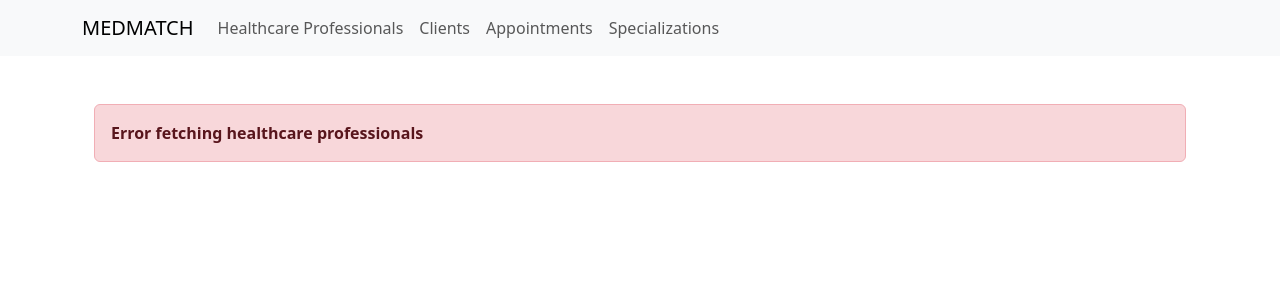
Repository: fahma20/medmatch-platform
Page: /healthcare-professionals (app in client/)
The author's editor kept a copy of each file at every save. The page is drawn from the files as they stood at one save, then again after the next save.
The browser window is 1280 px wide. The pictures show the whole page.
The page's requests for data from a server got no answer. The project was rebuilt for these pictures with package versions that can differ from the ones it lists, and the page was loaded fresh each time. No one was signed in, and anything a server would have sent is missing. Also part of the build but not shown: client/src/components/Specializations.js, client/src/components/Appointments.js, client/src/components/Clients.js, client/src/components/Homepage.js.

Above is the page before, as saved 2025-02-02 14:38:17.

### client/public/index.html
<!DOCTYPE html>
<html lang="en">
  <head>
    <meta charset="utf-8" />
    <link rel="icon" href="%PUBLIC_URL%/favicon.ico" />
    <link rel="preconnect" href="https://fonts.gstatic.com" />
    <link
      href="https://fonts.googleapis.com/css2?family=Permanent+Marker&display=swap"
      rel="stylesheet"
    />
    <meta name="viewport" content="width=device-width, initial-scale=1" />
    <meta name="theme-color" content="#000000" />
    <meta
      name="description"
      content="Web site created using create-react-app"
    />
    <link rel="apple-touch-icon" href="%PUBLIC_URL%/logo192.png" />
    <!--
      manifest.json provides metadata used when your web app is installed on a
      user's mobile device or desktop. See https://developers.google.com/web/fundamentals/web-app-manifest/
    -->
    <link rel="manifest" href="%PUBLIC_URL%/manifest.json" />
    <!--
      Notice the use of %PUBLIC_URL% in the tags above.
      It will be replaced with the URL of the `public` folder during the build.
      Only files inside the `public` folder can be referenced from the HTML.

      Unlike "/favicon.ico" or "favicon.ico", "%PUBLIC_URL%/favicon.ico" will
      work correctly both with client-side routing and a non-root public URL.
      Learn how to configure a non-root public URL by running `npm run build`.
    -->
    <title>MedMatch</title>
  </head>
  <body>
    <noscript>You need to enable JavaScript to run this app.</noscript>
    <div id="root"></div>
    <!--
      This HTML file is a template.
      If you open it directly in the browser, you will see an empty page.

      You can add webfonts, meta tags, or analytics to this file.
      The build step will place the bundled scripts into the <body> tag.

      To begin the development, run `npm start` or `yarn start`.
      To create a production bundle, use `npm run build` or `yarn build`.
    -->
  </body>
</html>

### client/src/index.js
import React from "react";
import ReactDOM from "react-dom/client";
import App from './components/App';  // Correct path to the App component

const root = ReactDOM.createRoot(document.getElementById("root"));
root.render(
  <React.StrictMode>
    <App />
  </React.StrictMode>
);

### client/src/components/App.js
import React from 'react';
import { BrowserRouter as Router, Routes, Route } from 'react-router-dom';
import 'bootstrap/dist/css/bootstrap.min.css';

import HealthcareProfessionals from './Healthcareprofessionals'; // Ensure the correct name and casing
import Specializations from './Specializations';
import Appointments from './Appointments';
import Clients from './Clients';
import Navbar from './Navbar';
import HomePage from './Homepage'; // Corrected import to HomePage

const App = () => {
  return (
    <Router>
      <Navbar /> {/* Your Navbar component */}
      <div className="container mt-5">
        <Routes>
          {/* Add HomePage as the route for the root path */}
          <Route path="/" element={<HomePage />} /> {/* Home Page */}
          <Route path="/clients" element={<Clients />} />
          <Route path="/appointments" element={<Appointments />} />
          <Route path="/specializations" element={<Specializations />} />
          <Route path="/healthcare-professionals" element={<HealthcareProfessionals />} /> {/* Healthcare Professionals Page */}
        </Routes>
      </div>
    </Router>
  );
};

export default App;

### client/src/components/Healthcareprofessionals.js
// HealthcareProfessional.js
// HealthcareProfessional.js


// HealthcareProfessionals.js
// HealthcareProfessionals.js
import React, { useState, useEffect } from 'react';
import Switch from 'react-switch';
import { Button, Form, Card, ListGroup, Collapse, Spinner, Alert } from 'react-bootstrap';

const HealthcareProfessional = () => {
  const [professionals, setProfessionals] = useState([]);
  const [newProfessionalName, setNewProfessionalName] = useState('');
  const [loading, setLoading] = useState(true);
  const [error, setError] = useState(null);
  const [open, setOpen] = useState({});

  useEffect(() => {
    fetchHealthcareProfessionals();
  }, []);

  // Fetch healthcare professionals, including their specializations
  const fetchHealthcareProfessionals = async () => {
    try {
      const response = await fetch('http://127.0.0.1:5000/api/healthcare_professionals');
      const data = await response.json();
      setProfessionals(data);
      setLoading(false);
    } catch (error) {
      setError('Error fetching healthcare professionals');
      setLoading(false);
    }
  };

  // Add new healthcare professional
  const handleAddProfessional = async () => {
    const newProfessional = { name: newProfessionalName, status: 'Active' }; // New professionals will be active by default
    try {
      const response = await fetch('http://127.0.0.1:5000/api/healthcare_professionals', {
        method: 'POST',
        headers: { 'Content-Type': 'application/json' },
        body: JSON.stringify(newProfessional),
      });

      if (response.ok) {
        const data = await response.json();
        setProfessionals([...professionals, data]);
        setNewProfessionalName('');
      }
    } catch (error) {
      console.error('Error adding healthcare professional', error);
    }
  };

  // Toggle the status of a healthcare professional
  const handleToggleStatus = async (id, currentStatus) => {
    const updatedStatus = currentStatus === 'Active' ? 'Inactive' : 'Active'; // Toggle status
    // Update the local state immediately for better UX
    setProfessionals((prevProfessionals) =>
      prevProfessionals.map((professional) =>
        professional.id === id ? { ...professional, status: updatedStatus } : professional
      )
    );

    // Make API request to update the status on the server
    try {
      const response = await fetch(`http://127.0.0.1:5000/api/healthcare_professionals/${id}`, {
        method: 'PUT',
        headers: { 'Content-Type': 'application/json' },
        body: JSON.stringify({ status: updatedStatus }), // Send the updated status here
      });

      if (!response.ok) {
        // If the status update failed, revert the status in the UI back to its original state
        setProfessionals((prevProfessionals) =>
          prevProfessionals.map((professional) =>
            professional.id === id ? { ...professional, status: currentStatus } : professional
          )
        );
      }
    } catch (error) {
      console.error('Error toggling doctor status', error);
      // If there's an error, revert the status in the UI back to its original state
      setProfessionals((prevProfessionals) =>
        prevProfessionals.map((professional) =>
          professional.id === id ? { ...professional, status: currentStatus } : professional
        )
      );
    }
  };

  // Toggle the status of a specialization
  const handleToggleSpecializationStatus = async (professionalId, specializationId, currentStatus) => {
    const updatedStatus = currentStatus === 'Active' ? 'Inactive' : 'Active'; // Toggle specialization status
    // Update the local state immediately for better UX
    setProfessionals((prevProfessionals) =>
      prevProfessionals.map((professional) =>
        professional.id === professionalId
          ? {
              ...professional,
              specializations: professional.specializations.map((specialization) =>
                specialization.id === specializationId
                  ? { ...specialization, status: updatedStatus }
                  : specialization
              ),
            }
          : professional
      )
    );

    // Make API request to update the specialization status on the server
    try {
      const response = await fetch(`http://127.0.0.1:5000/api/specializations/${specializationId}`, {
        method: 'PUT',
        headers: { 'Content-Type': 'application/json' },
        body: JSON.stringify({ status: updatedStatus }), // Send the updated status here
      });

      if (!response.ok) {
        // If the status update failed, revert the status in the UI back to its original state
        setProfessionals((prevProfessionals) =>
          prevProfessionals.map((professional) =>
            professional.id === professionalId
              ? {
                  ...professional,
                  specializations: professional.specializations.map((specialization) =>
                    specialization.id === specializationId
                      ? { ...specialization, status: currentStatus }
                      : specialization
                  ),
                }
              : professional
          )
        );
      }
    } catch (error) {
      console.error('Error toggling specialization status', error);
      // If there's an error, revert the status in the UI back to its original state
      setProfessionals((prevProfessionals) =>
        prevProfessionals.map((professional) =>
          professional.id === professionalId
            ? {
                ...professional,
                specializations: professional.specializations.map((specialization) =>
                  specialization.id === specializationId
                    ? { ...specialization, status: currentStatus }
                    : specialization
                ),
              }
            : professional
        )
      );
    }
  };

  // Delete a healthcare professional
  const handleDeleteProfessional = async (id) => {
    try {
      const response = await fetch(`http://127.0.0.1:5000/api/healthcare_professionals/${id}`, {
        method: 'DELETE',
      });

      if (response.ok) {
        setProfessionals((prevProfessionals) =>
          prevProfessionals.filter((professional) => professional.id !== id)
        );
      }
    } catch (error) {
      console.error('Error deleting healthcare professional', error);
    }
  };

  if (loading) {
    return (
      <div className="container mt-5 text-center">
        <Spinner animation="border" variant="primary" />
        <p>Loading healthcare professionals...</p>
      </div>
    );
  }

  if (error) {
    return (
      <div className="container mt-5">
        <Alert variant="danger">
          <strong>{error}</strong>
        </Alert>
      </div>
    );
  }

  return (
    <div className="container mt-5">
      {/* Heading for the page */}
      <h2 className="mb-4 text-center text-dark font-weight-bold" style={{ fontSize: '2rem' }}>
        Healthcare Professionals
      </h2>

      {/* Add Healthcare Professional Form */}
      <Form>
        <Form.Group>
          <Form.Label>Healthcare Professional Name</Form.Label>
          <Form.Control
            type="text"
            value={newProfessionalName}
            onChange={(e) => setNewProfessionalName(e.target.value)}
            required
            style={{ fontSize: '1rem' }} // Readable font size
          />
        </Form.Group>


        <Button
          type="button"
          variant="success"
          onClick={handleAddProfessional}
          style={{
            width: '100%',
            backgroundColor: '#008080',
            borderColor: '#008080',
          }}
        >
          Add Healthcare Professional
        </Button>
      </Form>

      {/* Healthcare Professionals List */}
      <div className="mt-4">
        <h3 className="text-dark" style={{ fontSize: '1.5rem' }}>List of Healthcare Professionals</h3>
        {professionals.length === 0 ? (
          <p>No healthcare professionals available.</p>
        ) : (
          professionals.map((professional) => (
            <Card key={professional.id} className="mb-3 shadow-sm" style={{ backgroundColor: '#f7f7f7' }}>
              <Card.Body>
                <div className="d-flex justify-content-between align-items-center">
                  <h5 className="card-title" style={{ color: '#333' }}>{professional.name}</h5>
                  <Button
                    variant="danger"
                    onClick={() => handleDeleteProfessional(professional.id)}
                    style={{ backgroundColor: '#ff6f61', borderColor: '#ff6f61' }}
                  >
                    Delete
                  </Button>
                </div>

                {/* Toggle Professional Status */}
                <div className="d-flex align-items-center">
                  <label className="mr-2">Status: </label>
                  <Switch
                    checked={professional.status === 'Active'}
                    onChange={() => handleToggleStatus(professional.id, professional.status)}
                    offColor="#d9534f"
                    onColor="#008080" // Teal for active
                    checkedIcon={false}
                    uncheckedIcon={false}
                    height={20}
                    width={48}
                  />
                </div>

                {/* Specializations Toggle Button */}
                <Button
                  variant="link"
                  className="mt-3"
                  onClick={() => setOpen((prevState) => ({ ...prevState, [professional.id]: !prevState[professional.id] }))}
                  style={{ color: '#008080' }}
                >
                  {open[professional.id] ? 'Hide Specializations' : 'Show Specializations'}
                </Button>

                <Collapse in={open[professional.id]}>
                  <ListGroup className="mt-3">
                    {professional.specializations && professional.specializations.length > 0 ? (
                      professional.specializations.map((specialization) => (
                        <ListGroup.Item key={specialization.id}>
                          {specialization.specialization_name}
                          <span className={`badge ml-2 ${specialization.status === 'Active' ? 'badge-success' : 'badge-secondary'}`}>
                            {specialization.status}
                          </span>
                          {/* Toggle Specialization Status */}
                          <Switch
                            checked={specialization.status === 'Active'}
                            onChange={() => handleToggleSpecializationStatus(professional.id, specialization.id, specialization.status)}
                            offColor="#d9534f"
                            onColor="#008080" // Teal for active
                            checkedIcon={false}
                            uncheckedIcon={false}
                            height={20}
                            width={48}
                          />
                        </ListGroup.Item>
                      ))
                    ) : (
                      <ListGroup.Item>No Specializations</ListGroup.Item>
                    )}
                  </ListGroup>
                </Collapse>
              </Card.Body>
            </Card>
          ))
        )}
      </div>
    </div>
  );
};

export default HealthcareProfessional;

### client/src/components/Navbar.js
/*import React from 'react';
import { Link } from 'react-router-dom';

const Navbar = () => {
  return (
    <nav className="navbar navbar-expand-lg navbar-light bg-light">
      <a className="navbar-brand" href="/">MedMatch</a>
      <div className="collapse navbar-collapse">
        <ul className="navbar-nav ml-auto">
          <li className="nav-item">
            <Link className="nav-link" to="/">Healthcare Professionals</Link>
          </li>
          <li className="nav-item">
            <Link className="nav-link" to="/clients">Clients</Link>
          </li>
          <li className="nav-item">
            <Link className="nav-link" to="/appointments">Appointments</Link>
          </li>
        </ul>
      </div>
    </nav>
  );
};

export default Navbar;
*/

// Navbar.js
import React from 'react';
import { Link } from 'react-router-dom';

const Navbar = () => {
  return (
    <nav className="navbar navbar-expand-lg navbar-light bg-light">
      <div className="container">
        <Link className="navbar-brand" to="/">MEDMATCH</Link>
        <button
          className="navbar-toggler"
          type="button"
          data-bs-toggle="collapse"
          data-bs-target="#navbarNav"
          aria-controls="navbarNav"
          aria-expanded="false"
          aria-label="Toggle navigation"
        >
          <span className="navbar-toggler-icon"></span>
        </button>
        <div className="collapse navbar-collapse" id="navbarNav">
          <ul className="navbar-nav">
            <li className="nav-item">
              <Link className="nav-link" to="/healthcare-professionals">Healthcare Professionals</Link>
            </li>
            <li className="nav-item">
              <Link className="nav-link" to="/clients">Clients</Link>
            </li>
            <li className="nav-item">
              <Link className="nav-link" to="/appointments">Appointments</Link>
            </li>
            <li className="nav-item">
              <Link className="nav-link" to="/specializations">Specializations</Link>
            </li>
          </ul>
        </div>
      </div>
    </nav>
  );
};

export default Navbar;

After the next save:
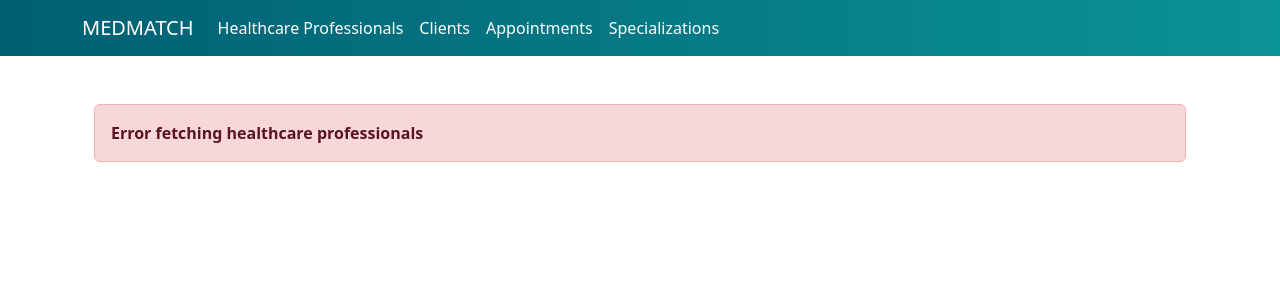
Saved 44 min 48 s later.
--- a/client/src/components/Navbar.js
+++ b/client/src/components/Navbar.js
@@ -31,9 +31,9 @@ import { Link } from 'react-router-dom';
 
 const Navbar = () => {
   return (
-    <nav className="navbar navbar-expand-lg navbar-light bg-light">
+    <nav className="navbar navbar-expand-lg navbar-light" style={{ background: 'linear-gradient(to right, #005f73, #0a9396)' }}>
       <div className="container">
-        <Link className="navbar-brand" to="/">MEDMATCH</Link>
+        <Link className="navbar-brand text-white font-weight-bold" to="/">MEDMATCH</Link>
         <button
           className="navbar-toggler"
           type="button"
@@ -48,16 +48,16 @@ const Navbar = () => {
         <div className="collapse navbar-collapse" id="navbarNav">
           <ul className="navbar-nav">
             <li className="nav-item">
-              <Link className="nav-link" to="/healthcare-professionals">Healthcare Professionals</Link>
+              <Link className="nav-link text-white" to="/healthcare-professionals">Healthcare Professionals</Link>
             </li>
             <li className="nav-item">
-              <Link className="nav-link" to="/clients">Clients</Link>
+              <Link className="nav-link text-white" to="/clients">Clients</Link>
             </li>
             <li className="nav-item">
-              <Link className="nav-link" to="/appointments">Appointments</Link>
+              <Link className="nav-link text-white" to="/appointments">Appointments</Link>
             </li>
             <li className="nav-item">
-              <Link className="nav-link" to="/specializations">Specializations</Link>
+              <Link className="nav-link text-white" to="/specializations">Specializations</Link>
             </li>
           </ul>
         </div>
